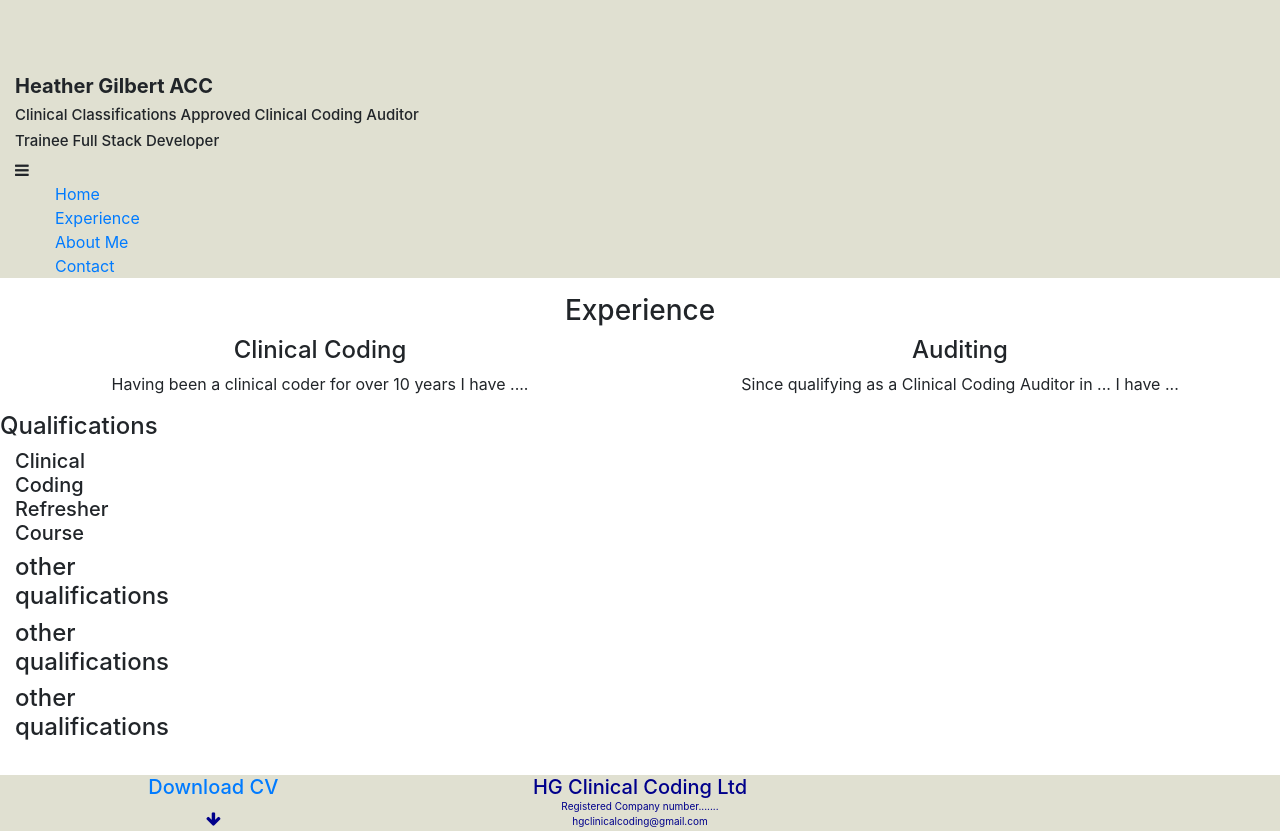
Repository: Code-Institute-Submissions/fsd-ms-project1-resume
Page: resume.html
The author's editor kept a record of every edit. The page is drawn from the files as they stood at one moment, then again after the next edit.
The browser window is 1280 px wide. The pictures show the whole page.

Above is the page before.

### resume.html
<!DOCTYPE html>
<html lang="en">

<head>
    <meta charset="UTF-8">
    <meta name="viewport" content="width=device-width, initial-scale=1.0">
    <meta http-equiv="X-UA-Compatible" content="ie=edge">
    <link rel="stylesheet" href="https://stackpath.bootstrapcdn.com/bootstrap/4.3.1/css/bootstrap.min.css" type="text/css" />
    <link rel="stylesheet" href="https://stackpath.bootstrapcdn.com/font-awesome/4.7.0/css/font-awesome.min.css" type="text/css" />
    <link rel="stylesheet" href="https://cdnjs.cloudflare.com/ajax/libs/hover.css/2.3.1/css/hover-min.css" type="text/css" />
    <link rel="stylesheet" href="assets/css/style.css" />
    <title>Heather Gilbert ACC</title>
</head>

<body>

    <header>
        <div id="navbar">
            <a class="col-md-12 logo" href="index.html"></a>
            <div class="col">
                <div class="bg-header">
                    <h1 class="name">Heather Gilbert ACC</h1>
                    <h3 class="title">Clinical Classifications Approved Clinical Coding Auditor</h3>
                    <h5 class="title">Trainee Full Stack Developer</h5>
                </div>
            </div>
            <div class="col">
                <div class="menu">
                    <i class="fa fa-bars" aria-hidden="true"></i>
                    <ul class="menu-content">
                        <li><a href="index.html">Home</a></li>
                        <li><a href="resume.html">Experience</a></li>
                        <li><a href="about.hmtl">About Me</a></li>
                        <li><a href="contact.html">Contact</a></li>
                    </ul>
                </div>
            </div>
        </div>

    </header>

    <section class="container-fluid">
        <div class="row work-section">
            <div class="col-md-12">
                <h3 class="work">Experience</h3>
            </div>
            <div class="col-md-6">
                <h4 class="coding">Clinical Coding</h4>
                <p>
                    Having been a clinical coder for over 10 years I have ....
                </p>
            </div>
            <div class="col-md-6">
                <h4 class="audit">Auditing</h4>
                <p>
                    Since qualifying as a Clinical Coding Auditor in ... I have ...
                </p>
            </div>
        </div>
        <div class="row qualificatios">
            <div class="qualifications">
                <h4>Qualifications</h4>
                <div class="timeline col-sm-3" data-dates="2019">
                    <h5>Clinical Coding Refresher Course</h5>
                </div>
                <div class="timeline col-sm-3" data-dates="2018">
                    <h4> other qualifications</h4>
                </div>
                <div class="timeline col-sm-3" data-dates="2017">
                    <h4>other qualifications</h4>
                </div>
                <div class="timeline col-sm-3" data-dates="2016">
                    <h4>other qualifications</h4>
                </div>
            </div>
        </div>
        </div>
    </section>


</body>



<footer class="container-fluid">
    <div class="row">
        <div class="col-sm-4 contact">
            <a href="contact.html>Contact Me /a>
            <i class=" fa fa-address-book-o " aria-hidden="true /></i>
        </div>
        <div class="col-sm-4 ">
            <h5>Download CV</h5>
            <a href="# " target="_blank "></a>
            <i class="fa fa-arrow-down " aria-hidden="true "></i>
        </div>
        <div class="col-sm-4 ">
            <h5 class="company-name ">HG Clinical Coding Ltd</h5>
            <p class="company-details ">Registered Company number.......</p>
            <p class="company-details ">hgclinicalcoding@gmail.com</p>
        </div>
    </div>


</footer>
</body>

</html>

### assets/css/style.css
@import url('https://fonts.googleapis.com/css?family=Lato:100,200,300,400,500,600,700&display=swap');

/*-----------------------------------------Colours*/


/*-----------------------------------------Special paddings/margins/text*/


/*-----------------------------------------Header*/

#navbar {
    background-color: #e0e0d1;
}

.name {
    font-size: 20px;
    font-weight: 700;
    margin-top: 50px;
}

.title {
    font-size: 15px;
    margin-top: 5px;
}

.menu {
    list-style: none;

}

.menu-content {
    list-style:none;
}


/*-----------------------------------------Hover.css*/

.menu:hover {
    color: #b3cccc;
}


/*-----------------------------------------Footer*/

footer {
    background-color: #e0e0d1;
    color: darkblue;
    min-height:50px;
    margin: 0;
    text-align:center
}

.company-name {
    margin:0;
    padding:0;
}

.company-details {
    font-size:10px;
    margin:0;
    padding:0;
}

#footer-details {
    padding: 20px;
}

/*-----------------------------------------Work / Education History*/

.work-section {
    text-align:center;
}

.work {
    text-align:center;

}

.qualifications {
    margin-bottom: 25px
}

/*-----------------------------------------About Me*/


/*-----------------------------------------Contact Form*/


/*-----------------------------------------Media Queries*/

After the next edit:
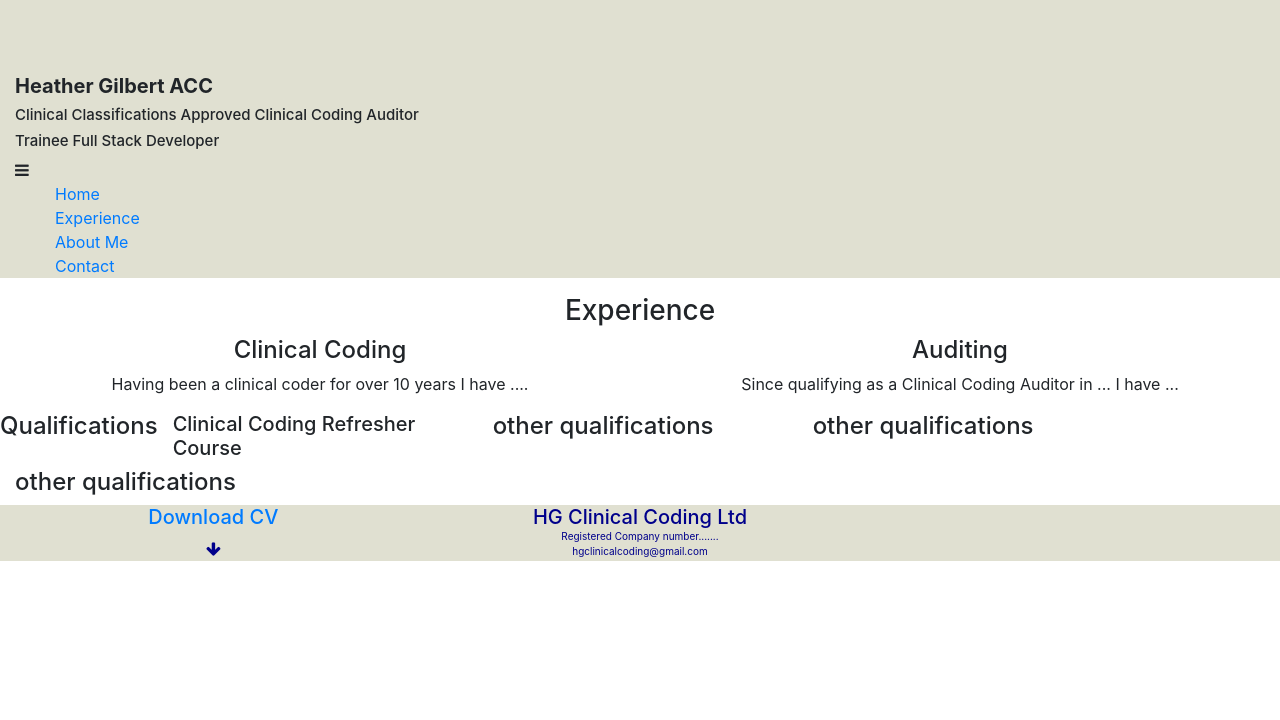
The edit:
--- a/resume.html
+++ b/resume.html
@@ -58,7 +58,6 @@
             </div>
         </div>
         <div class="row qualificatios">
-            <div class="qualifications">
                 <h4>Qualifications</h4>
                 <div class="timeline col-sm-3" data-dates="2019">
                     <h5>Clinical Coding Refresher Course</h5>
